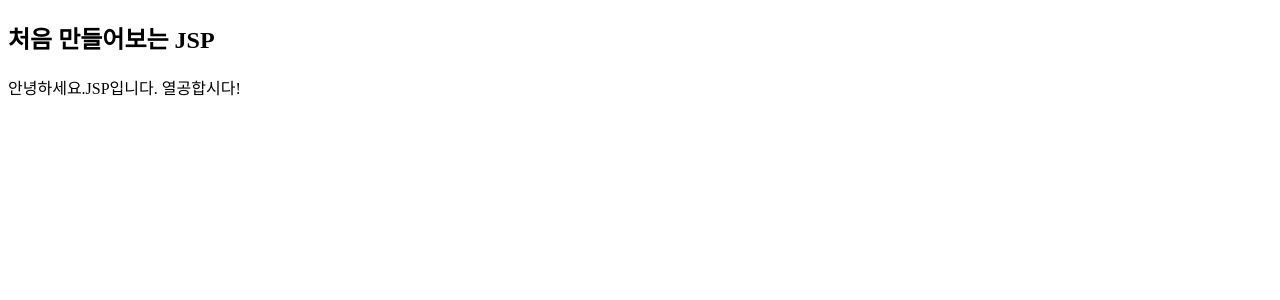
Repository: bhj305/JSP_Servlet
Page: http://localhost/MustHaveJSP/HelloJSP.jsp
An editor plug-in stored every save of this project. The page is shown before and after the next save, followed by the edit.
The browser window is 1280 px wide. The pictures show the whole page.
The page is served by Tomcat 10.

Above is the page before, as saved 2025-05-02 02:08:53.

After the next save:
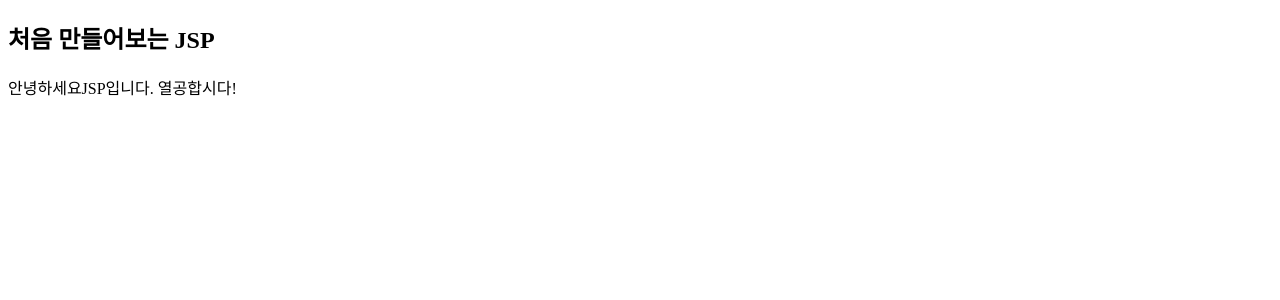
Saved 23 min 41 s later.
--- a/MustHaveJSP/src/main/webapp/HelloJSP.jsp
+++ b/MustHaveJSP/src/main/webapp/HelloJSP.jsp
@@ -3,7 +3,7 @@
 <%! // 선언부
 
 	String str1 = "JSP";
-	String str2 = "안녕하세요.";
+	String str2 = "안녕하세요";
 
 %>
 <!DOCTYPE html>

After the save that followed:
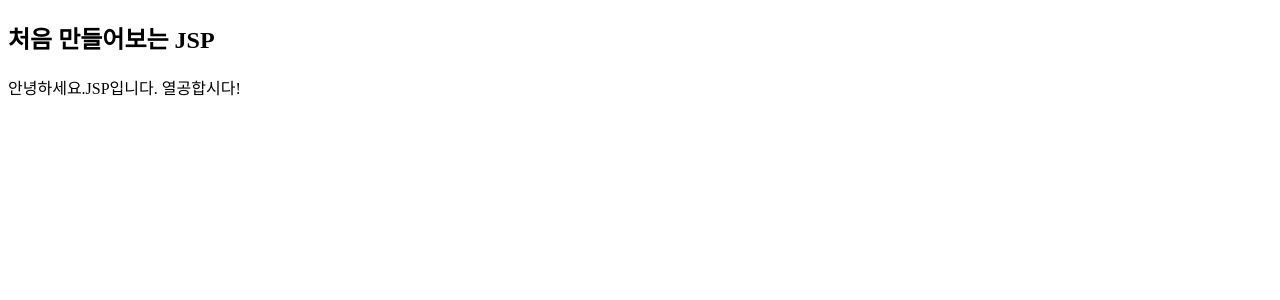
Saved 22 s later.
--- a/MustHaveJSP/src/main/webapp/HelloJSP.jsp
+++ b/MustHaveJSP/src/main/webapp/HelloJSP.jsp
@@ -3,7 +3,7 @@
 <%! // 선언부
 
 	String str1 = "JSP";
-	String str2 = "안녕하세요";
+	String str2 = "안녕하세요.";
 
 %>
 <!DOCTYPE html>
